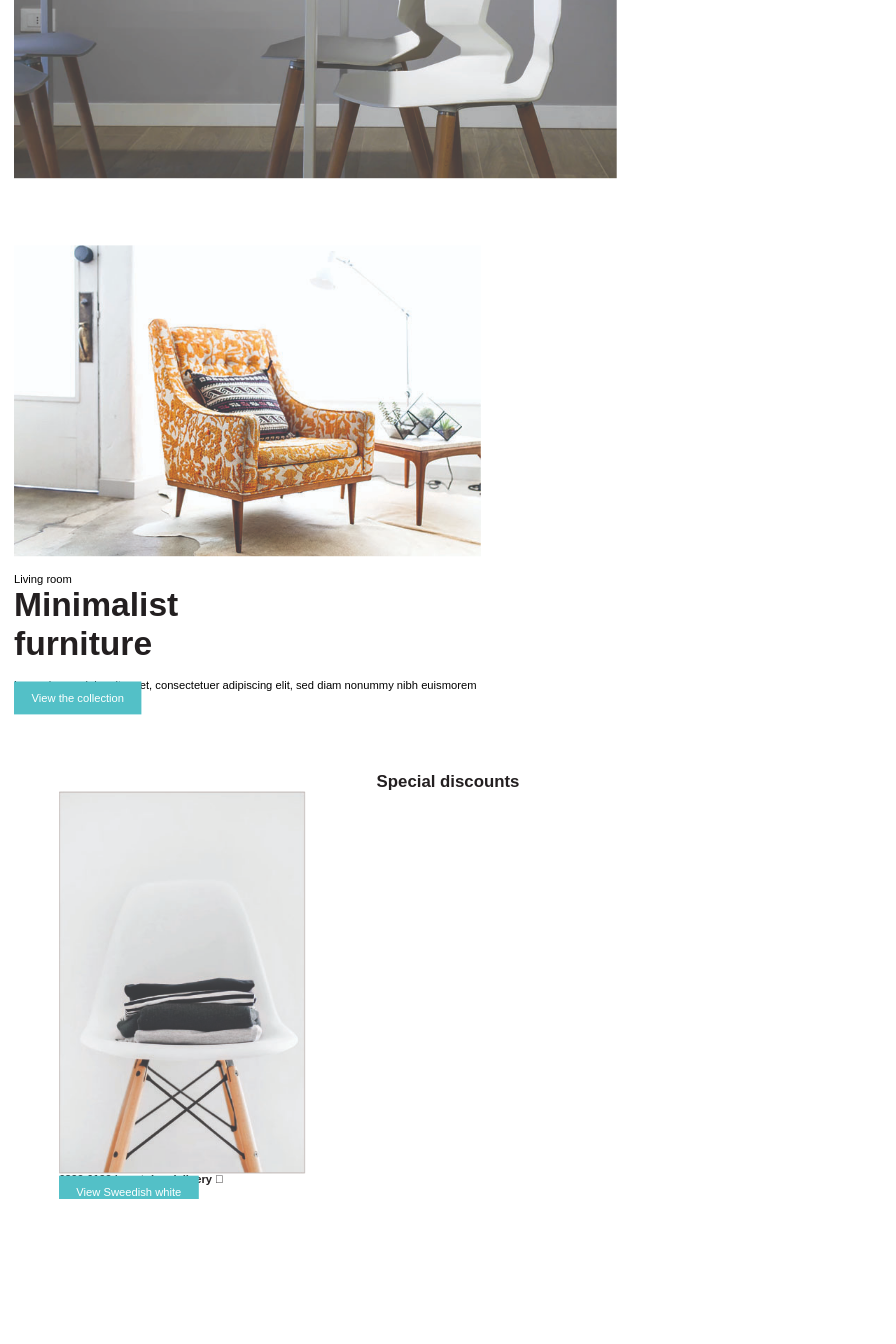
Repository: dinhhaidh/republic-web
Page: index.html
The author's editor kept a copy of each file at every save. The page is drawn from the files as they stood at one save, then again after the next save.
The browser window is 1280 px wide. The pictures show the part of the page from y = 932 to 2852 px (the page is 2852 px tall), at 70% of full size.
Some web fonts or font styles are not loaded; a fallback is used. Some web libraries are served in a nearby version.

Above is the page before, as saved 2024-01-24 17:21:03.

### index.html
<!DOCTYPE html>
<html lang="en">
<head>
    <meta charset="UTF-8">
    <meta name="viewport" content="width=device-width, initial-scale=1.0">

    <!--=============== FAVICON ===============-->
    <link rel="shortcut icon" href="assets/img/favicon.png" type="image/x-icon">

    <!--=============== REMIXICONS ===============-->
    <link rel="stylesheet" href="https://cdn.jsdelivr.net/npm/remixicon@4.1.0/fonts/remixicon.min.css">

    <link
    rel="stylesheet"
    href="https://cdn.jsdelivr.net/npm/swiper@11/swiper-bundle.min.css"
  />

    <!--=============== CSS ===============-->
    <link rel="stylesheet" href="style.css">

    <title>Responsive </title>
</head>
<body>
    <!--==================== HEADER ====================-->
    <header class="header" id="header">
        <nav class="nav container">
            <a href="#" class="nav__logo">
                <img src="./img/logo.jpg" alt="image" class="nav__img">
            </a>
            <div class="nav__menu" id="nav-menu">
                <ul class="nav__list">
                    <li class="nav__item">
                        <a href="#home" class="nav__link">Home</a>
                    </li>
                    <li class="nav__item">
                        <a href="#bedroom" class="nav__link">Bedroom</a>
                    </li>
                    <li class="nav__item">
                        <a href="#lounge" class="nav__link">Lounge</a>
                    </li>
                    <li class="nav__item">
                        <a href="#kitchen" class="nav__link">Kitchen</a>
                    </li>
                    <li class="nav__item">
                        <a href="#lighting" class="nav__link">Lighting</a>
                    </li>
                </ul>
                <div class="nav__close" id="nav-close">
                    <i class="ri-close-line"></i>
                </div>
            </div>

            <form action="" class="nav__button">
                <div class="button">
                    <input type="text" placeholder="Find something..." class="form-control">
                    <i class="ri-search-line button__search"></i>
                </div>
                <div class="shopping">
                    <i class="ri-shopping-cart-line "></i>
                    <span class="shopping__quantity">0</span>
                </div>
            </form>
            <!-- toggle -->
            <div class="nav__toggle" id="nav-toggle">
                <i class="ri-menu-line"></i>
            </div>
        </nav>
    </header>

    <!--==================== MAIN ====================-->
    <main class="main">
        <!--==================== Home  ====================-->
        <section class="home section" id="home">
            <div class="home__container container">
                <div class="home__contennt">
                    <h1 class="home__title">Premium <br> collection</h1>
                    <p class="home__desc">
                        Lorem ipsum dolor sit amet, consectetuer adipiscing elit, sed diam nonummy nibh euismorem ipsum dolor sit amet, consectetuer adipiscing elit
                    </p>
                    <h4>£2,300</h4>
                    <a href="#" class="button__link">View the collection</a>
                </div>
                <div class="home__images">
                    <img src="./img/hom1.jpg" alt="" class="home__image">
                    <div class="home__span">
                        <span><a href="">Lorem ipsum dolor sit amet</a>    £2,300</span>
                        <span><a href="#"> Consectetuer adsed diam</a>    £2,300</span>
                    </div>
                </div>
            </div>
        </section>

        <!--==================== Bedroom ====================-->
        <section class="bedroom section" id="bedroom">
            <div class="bedroom__container container grid">
                <div class="bedroom__images">
                    <img src="./img/funitire1.jpg" alt="" class="bedroom__image">
                </div>
                <div class="bedroom__contennt">
                    <span>Living room</span>
                    <div class="bedroom-brick"></div>
                    <h2 class="home__title">Minimalist <br>
                        furniture</h2>
                    <p class="bedroom__desc">
                        Lorem ipsum dolor sit amet, consectetuer adipiscing elit, sed diam nonummy nibh euismorem
                    </p>
                    <a href="#" class="button__link">View the collection</a>
                </div>

            </div>
        </section>

        <!--==================== Lounge  ====================-->
        <section class="lounge  section" id="lounge ">
            <h2 class="lounge-title">Special discounts</h2>
            <div class="lounge__container container swiper">
                <div class="lounge__swiper swiper ">
                    <div class="lounge__content swiper-wrapper">
                        <article class=" lounge__card swiper-slide">
                            <img src="./img/special1.jpg" alt="" class="lounge__img">
                            <h4><span>£299</span> £199  |  next day delivery  </h4>
                            <a href="#" class="button__link lounge__button">View Sweedish white</a>
                        </article>
                        <article class=" lounge__card swiper-slide">
                            <img src="./img/special2.jpg" alt="" class="lounge__img">
                            <h4><span>£299</span> £199  |  next day delivery  </h4>
                            <a href="#" class="button__link lounge__button">View Sweedish white</a>
                        </article>
                        <article class=" lounge__card swiper-slide">
                            <img src="./img/special3.jpg" alt="" class="lounge__img">
                            <h4><span>£299</span> £199  |  next day delivery  </h4>
                            <a href="#" class="button__link lounge__button">View Sweedish white</a>
                        </article>
                        <article class=" lounge__card swiper-slide">
                            <img src="./img/special4.jpg" alt="" class="lounge__img">
                            <h4><span>£299</span> £199  |  next day delivery  </h4>
                            <a href="#" class="button__link lounge__button">View Sweedish white</a>
                        </article>
                    </div>
                </div>
            </div>
        </section>

        <!--==================== Kitchen ====================-->
        <section class="kitchen  section" id="kitchen">

        </section>

        <!--==================== Lighting ====================-->
        <section class="lighting  section" id="lighting">

        </section>
    </main>

    <!--==================== FOOTER ====================-->
    <footer class="footer">

    </footer>

    <!--========== SCROLL UP ==========-->

    <script src="https://cdn.jsdelivr.net/npm/swiper@11/swiper-bundle.min.js"></script>


    <!--=============== SCROLLREVEAL ===============-->
    <script src=""></script>

    <!--=============== JQuery ===============-->
    <script src="https://code.jquery.com/jquery-3.7.1.slim.min.js" integrity="sha256-kmHvs0B+OpCW5GVHUNjv9rOmY0IvSIRcf7zGUDTDQM8=" crossorigin="anonymous"></script>

    <!--=============== MAIN JS ===============-->
    <script src="/js/main.js"></script>
</body>
</html>

### style.css
/*=============== GOOGLE FONTS ===============*/
@import url("https://fonts.cdnfonts.com/css/source-sans-pro");

/*=============== VARIABLES CSS ===============*/
:root {
  --header-height: 3.5rem;

  /*========== Colors ==========*/
  /*Color mode HSL(hue, saturation, lightness)*/
  --first-color: hsl(28, 88%, 62%);
  --first-color-alt: hsl(28, 84%, 58%);
  --title-color: hsl(0, 0%, 95%);
  --text-color: hsl(0, 0%, 75%);
  --text-color-light: hsl(0, 0%, 65%);
  --black-color: #231f20;
  --body-color: hsl(0, 0%, 6%);
  --container-color: hsl(0, 0%, 10%);

  /*========== Font and typography ==========*/
  /*.5rem = 8px | 1rem = 16px ...*/
  --body-font: "Montserrat", sans-serif;
  --second-font: "Dancing Script", cursive;
  --biggest-font-size: 2.5rem;
  --bigger-font-size: 2rem;
  --h1-font-size: 1.5rem;
  --h2-font-size: 1.25rem;
  --h3-font-size: 1rem;
  --normal-font-size: .938rem;
  --small-font-size: .813rem;

  /*========== Font weight ==========*/
  --font-regular: 400;
  --font-semi-bold: 600;
  --font-bold: 700;

  /*========== z index ==========*/
  --z-tooltip: 10;
  --z-fixed: 100;
}

/*========== Responsive typography ==========*/
@media screen and (min-width: 1150px) {
  :root {
    --biggest-font-size: 4.375rem;
    --bigger-font-size: 3rem;
    --h1-font-size: 2.25rem;
    --h2-font-size: 1.5rem;
    --h3-font-size: 1.25rem;
    --normal-font-size: 1rem;
    --small-font-size: .875rem;
  }
}

/*=============== BASE ===============*/
* {
  box-sizing: border-box;
  padding: 0;
  margin: 0;
}

html {
  scroll-behavior: smooth;
}

body,
button {
  font-family: var(--body-font);
  font-size: var(--normal-font-size);
}

body {
  /* color: var(--text-color); */
}

button {
  border: none;
  outline: none;
}

h1, h2, h3, h4 {
  color: var(--black-color);
  font-weight: var(--font-bold);
}

ul {
  list-style: none;
}

a {
  text-decoration: none;
}

img {
  display: block;
  max-width: 100%;
  height: auto;
}

/*=============== REUSABLE CSS CLASSES ===============*/
.container {
  max-width: 1240px;
  margin-inline: 1.5rem;
}

.grid {
  display: grid;
  gap: 1.5rem;
}

.section {
  padding-block: 5rem 1rem;
}

.section__title {
  font-size: var(--bigger-font-size);
  font-family: var(--second-font);
  margin-bottom: 1.5rem;
  text-align: center;
}

.main {
  overflow: hidden; /* For animation ScrollReveal */
}

/*=============== HEADER & NAV ===============*/
.header{
  position: fixed;
  width: 100%;
  top: 0;
  left: 0;
  background-color: transparent;
  z-index: var(--z-fixed);
  transition: .4s;
}
.nav{
  position: relative;
  height: var(--header-height);
  display: flex;
  align-items: center;
  justify-content: space-between;
}
.nav__img{
  width: 100px;
  transition: .4s;
}
.nav__toggle,
.nav__close{
  cursor: pointer;
  font-size: 1.5rem;
  color: black;
}
.form-control{
  padding: 13px 40px 13px 20px;
  border-radius: 25px
}
.nav__button{
  display:flex;
  align-items: center;
  justify-content: center;
  column-gap: 1.625rem;
}
.nav__link{
  color: var(--black-color);
  font-weight: var(--font-regular);
  font-family: 'Source Sans Pro', sans-serif;
}
.button{
  display: flex;
  position: relative;
}
.button input::placeholder{
  color: var(--black-color);
}
.button__search{
  position: absolute;
  top: 0.9rem;
  right: 1rem;
}
.shopping i{
  font-size: 1.25rem;
  position: relative;
}
.shopping__quantity{
  background-color: red;
    padding: 1px 3px;
    color: #fff;
    position: absolute;
    top: 1.8rem;
    right: 0.05rem;
    border-radius: 50%;
    font-size: .7rem;
}



/* Navigation for mobile devices */
@media screen and (max-width: 1023.98px) {
  .nav__menu {
    position: fixed;
    top: 0;
    right: -100%;
    background-color: #fff;
    backdrop-filter: blur(16px);
    -webkit-backdrop-filter: blur(16px);
    width: 80%;
    height: 100%;
    padding: 6rem 3rem 0px;
    transition: right .4s;
  }
  .nav__list{
    display: flex;
    flex-direction: column;
    row-gap: 2.5rem;
  }
  .nav__link{
    color: var(--black-color);
    font-weight: var(--font-semi-bold);
    transition: color .4s;
  }
  /* .nav__link:hover{

  } */
  .nav__close{
    position: absolute;
    top: 1rem;
    right: 1.5rem;
  }
  .nav__button{
    display: none;
  }
}


/* Show menu */
.show-menu{
  right: 0;
}

/* Add blur header */
.scroll-header {
  background-color: #fff;
  box-shadow: 0 1px 4px hsla(220, 4%, 15%, .1);
}

/* Active link */


/*=============== Home ===============*/
.home{
  padding-top: 5rem;
}
.home__container{
  display: flex;
  flex-direction: column;
  row-gap: 3rem;
}
.home__title{
  font-size: var(--bigger-font-size);
  margin-bottom: 1.5rem;
}
.home__desc{
  font-weight: var(--font-regular);
  color: var(--black-color);
  line-height: 1.5;
  margin-bottom: var(--h2-font-size);
}
.home h4{
  font-size: var(--h1-font-size);
  margin-bottom: var(--bigger-font-size);
}
.button__link{
  background-color: #53c0c7;
  padding: 15px 25px;
  color: #fff;
  font-weight: 400;
}
.home__span span:nth-child(1){
  position: absolute;
  right: 1rem;
  top: 1rem;
  color: #fff;
}
.home__span span:nth-child(2){
  right: 1rem;
  position: absolute;
  top: 2rem;
  color: #fff;
}
.home__span span a{
  color: #fff;
}
.home__images{
  position: relative;
}
.home__image{

}

/*=============== BUTTON ===============*/


/*=============== Bedroom ===============*/


/*=============== Lounge  ===============*/
.lounge{

}


.lounge-title{
  display:flex;
  align-items: center;
  justify-content: center;
}
.lounge__container{

}
.container{

}
.grid{

}
.swiper{

}
.lounge__swiper{

}
.lounge__content{
  display: flex;
  column-gap: 2rem;
}
.swiper-wrapper{

}
.lounge__data{

}
.swiper-slide{

}
.lounge__img{

}
.button__link{

}
.lounge__button{

}

/*=============== Kitchen  ===============*/

/*=============== Lighting  ===============*/



/*=============== FOOTER ===============*/


/*=============== SCROLL BAR ===============*/


/*=============== SCROLL UP ===============*/


/* Show Scroll Up */


/*=============== BREAKPOINTS ===============*/
/* For small devices */
@media screen and (min-width: 1024px){
  .nav{
    height: calc(var(--header-height) + 2rem)
  }
  .nav__toggle,
  .nav__close{
    display: none;
  }
  .nav__list{
    display: flex;
    flex-wrap: nowrap;
    column-gap: 4rem;
  }
}
@media screen and (min-width: 1150px) {
  .container{
    margin-inline: auto;
  }


}

/* For medium devices */


/* For large devices */

### js/main.js
$(document).ready(function () {
  $("#nav-toggle").click(function () {
    $("#nav-menu").addClass("show-menu");
  });
  $("#nav-close").click(function () {
    $("#nav-menu").removeClass("show-menu");
  });
  $(window).scroll(function () {
    $("#header").toggleClass("scroll-header", $(this).scrollTop() >= 50);
  });
});
/*=============== SWIPER PRODUCTS ===============*/
var swiperLounge = new Swiper(".lounge__swiper", {
  // luot lien tuc
    spaceBetween: 32,
    grabCursor: true,
    centeredSlides: true,
    slidesPerView: "auto",
    loop: true,
    ////
    navigator: {
    nextEl: ".swiper-button-next",
    prevEl: ".swiper-button-prev",
    },

  // lích thước resposive
    breakpoints: {
        1240: {
        spaceBetween: 3,
    },
    },

  //
});

After the next save:
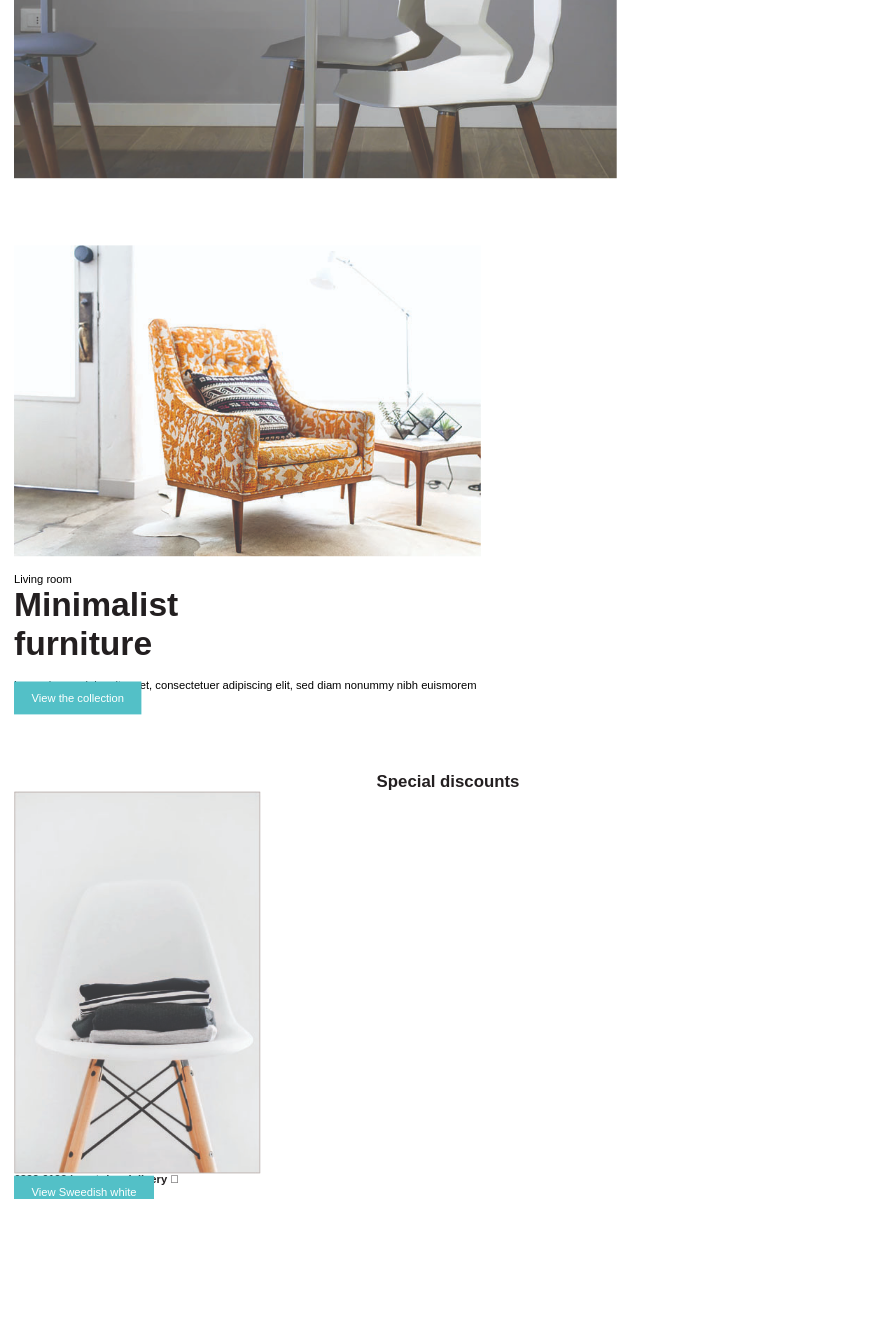
Saved 10 s later.
--- a/index.html
+++ b/index.html
@@ -114,7 +114,6 @@
         <section class="lounge  section" id="lounge ">
             <h2 class="lounge-title">Special discounts</h2>
             <div class="lounge__container container swiper">
-                <div class="lounge__swiper swiper ">
                     <div class="lounge__content swiper-wrapper">
                         <article class=" lounge__card swiper-slide">
                             <img src="./img/special1.jpg" alt="" class="lounge__img">
